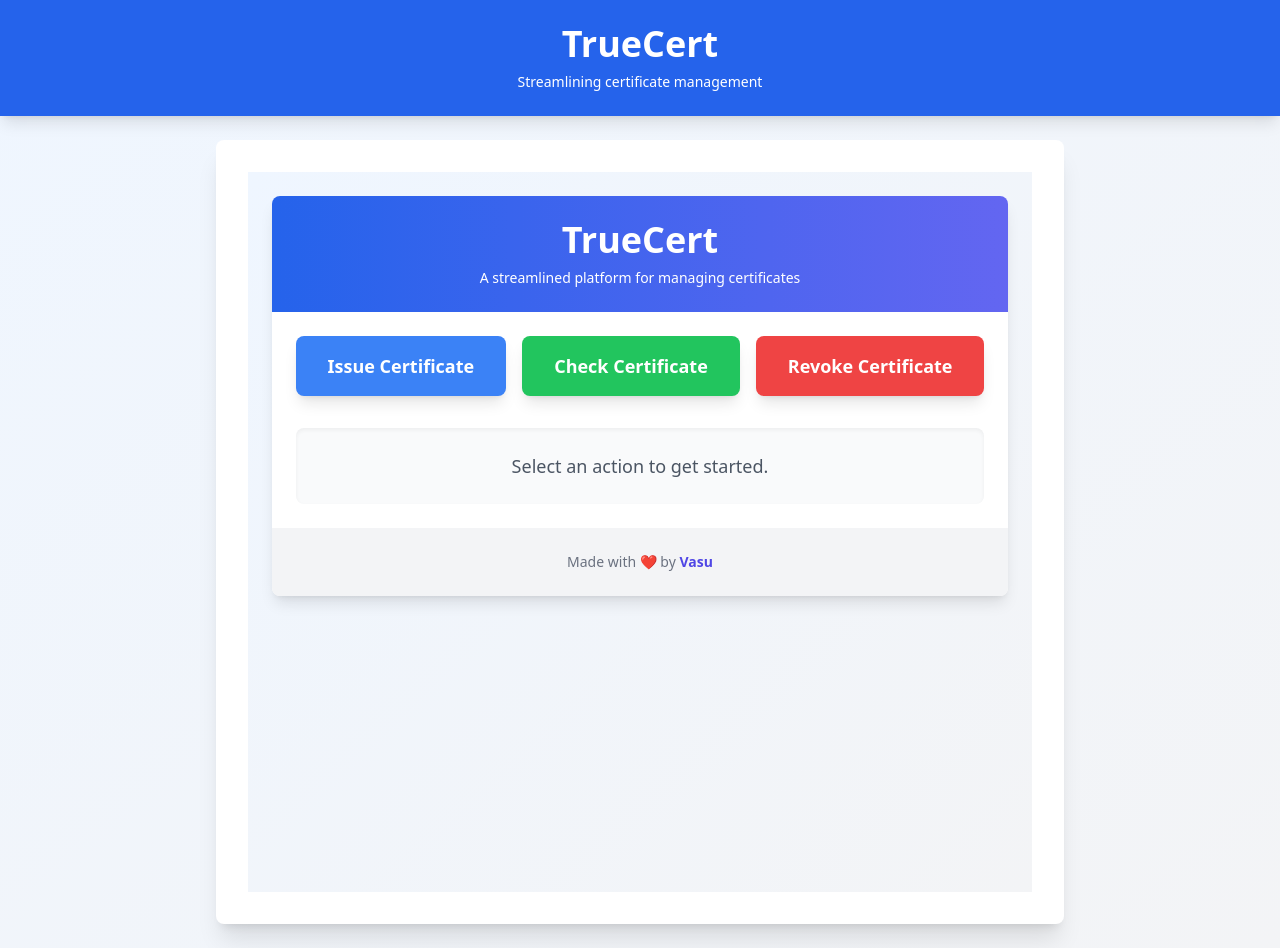
Repository: virtualvasu/TrueCert
Page: / (app in client/), after clicking the first element matching `button.px-6`
These files come from the project's save history. The page is drawn as it stood at one moment and after the next save; the edit follows.
The browser window is 1280 px wide. The pictures show the whole page.
The project was rebuilt for these pictures with package versions that can differ from the ones it lists, and the page was loaded fresh each time. Also part of the build but not shown: client/vite.config.js, client/src/components/organisation/actions/contractDetails.jsx, client/src/components/organisation/actions/CheckCertificate.jsx, client/src/components/organisation/actions/IssueCertificate.jsx, client/src/components/organisation/actions/RevokeCertificate.jsx.

Above is the page before, as saved 2025-01-08 03:07:35.

### client/index.html
<!doctype html>
<html lang="en">
  <head>
    <meta charset="UTF-8" />
    <link rel="icon" type="image/svg+xml" href="/vite.svg" />
    <meta name="viewport" content="width=device-width, initial-scale=1.0" />
    <title>TrueCert</title>
  </head>
  <body>
    <div id="root"></div>
    <script type="module" src="/src/main.jsx"></script>

  </body>
</html>

### client/src/App.jsx
import React, { useState } from 'react';
import OrgHome from './components/organisation/OrgHome';

function App() {
  const [showOrgHome, setShowOrgHome] = useState(false);
  const [showUserContent, setShowUserContent] = useState(false);

  return (
    <div className="bg-gradient-to-br from-blue-50 to-gray-100 min-h-screen">
      <header className="bg-blue-600 text-white p-6 shadow-lg">
        <h1 className="text-4xl font-extrabold text-center">TrueCert</h1>
        <p className="text-center text-sm mt-2">Streamlining certificate management</p>
      </header>
      <main className="flex justify-center items-center p-6">
        {!showOrgHome && !showUserContent ? (
          <div className="max-w-4xl mx-auto bg-white p-8 rounded-lg shadow-xl text-center">
            <h2 className="text-2xl font-semibold text-gray-800 mb-6">
              Welcome to TrueCert!
            </h2>
            <p className="text-gray-600 mb-6">
              TrueCert is a platform designed to simplify and streamline certificate management.
            </p>
            <div className="space-x-4">
              <button
                onClick={() => setShowOrgHome(true)}
                className="px-6 py-3 font-medium text-white bg-blue-600 rounded-lg shadow-md hover:bg-blue-700 transition-all duration-300 mb-4 md:mb-0"
              >
                Organisation
              </button>
              <button
                onClick={() => setShowUserContent(true)}
                className="px-6 py-3 font-medium text-white bg-green-600 rounded-lg shadow-md hover:bg-green-700 transition-all duration-300"
              >
                User
              </button>
            </div>
          </div>
        ) : showOrgHome ? (
          <div className="max-w-4xl mx-auto bg-white p-8 rounded-lg shadow-xl">
            <OrgHome />
          </div>
        ) : (
          <div className="max-w-4xl mx-auto bg-white p-8 rounded-lg shadow-xl text-center">
            <h2 className="text-2xl font-semibold text-gray-800 mb-4">
              User Content
            </h2>
            <p className="text-gray-600">
              This is some sample content for the user. You can implement further functionality here.
            </p>
          </div>
        )}
      </main>
    </div>
  );
}

export default App;

### client/src/components/organisation/OrgHome.jsx
import React, { useState } from 'react';
import IssueCertificate from './actions/CheckCertificate';
import CheckCertificate from './actions/IssueCertificate';
import RevokeCertificate from './actions/RevokeCertificate';

function OrgHome() {
  const [activeComponent, setActiveComponent] = useState(null);

  return (
    <div className="p-6 bg-gradient-to-br from-blue-50 to-gray-100 min-h-screen">
      <div className="max-w-4xl mx-auto shadow-lg bg-white rounded-lg overflow-hidden">
        <header className="bg-gradient-to-r from-blue-600 to-indigo-500 p-6">
          <h1 className="text-4xl font-extrabold text-center text-white mb-2">TrueCert</h1>
          <p className="text-center text-white text-sm">A streamlined platform for managing certificates</p>
        </header>
        <main className="p-6">
          <div className="flex justify-center space-x-4 mb-8">
            <button
              onClick={() => setActiveComponent('IssueCertificate')}
              className={`px-8 py-4 text-lg font-semibold text-white rounded-lg shadow-lg transition-all duration-300 ${
                activeComponent === 'IssueCertificate'
                  ? 'bg-blue-700 transform scale-105'
                  : 'bg-blue-500 hover:bg-blue-600'
              }`}
            >
              Issue Certificate
            </button>
            <button
              onClick={() => setActiveComponent('CheckCertificate')}
              className={`px-8 py-4 text-lg font-semibold text-white rounded-lg shadow-lg transition-all duration-300 ${
                activeComponent === 'CheckCertificate'
                  ? 'bg-green-700 transform scale-105'
                  : 'bg-green-500 hover:bg-green-600'
              }`}
            >
              Check Certificate
            </button>
            <button
              onClick={() => setActiveComponent('RevokeCertificate')}
              className={`px-8 py-4 text-lg font-semibold text-white rounded-lg shadow-lg transition-all duration-300 ${
                activeComponent === 'RevokeCertificate'
                  ? 'bg-red-700 transform scale-105'
                  : 'bg-red-500 hover:bg-red-600'
              }`}
            >
              Revoke Certificate
            </button>
          </div>
          <div className="bg-gray-50 p-6 rounded-lg shadow-inner">
            {activeComponent === 'IssueCertificate' && (
              <div>
                <h2 className="text-3xl font-semibold mb-6 text-gray-800">Issue Certificate</h2>
                <IssueCertificate />
              </div>
            )}
            {activeComponent === 'CheckCertificate' && (
              <div>
                <h2 className="text-3xl font-semibold mb-6 text-gray-800">Check Certificate</h2>
                <CheckCertificate />
              </div>
            )}
            {activeComponent === 'RevokeCertificate' && (
              <div>
                <h2 className="text-3xl font-semibold mb-6 text-gray-800">Revoke Certificate</h2>
                <RevokeCertificate />
              </div>
            )}
            {!activeComponent && (
              <p className="text-center text-lg text-gray-600">
                Select an action to get started.
              </p>
            )}
          </div>
        </main>
        <footer className="bg-gray-100 p-6 text-center">
          <p className="text-gray-500 text-sm">
            Made with ❤️ by <span className="font-bold text-indigo-600">{'Vasu'}</span>
          </p>
        </footer>
      </div>
    </div>
  );
}

export default OrgHome;

Loaded but not shown: client/src/main.jsx (common file); client/src/index.css (common file); client/tailwind.config.js (common file)

After the next save:
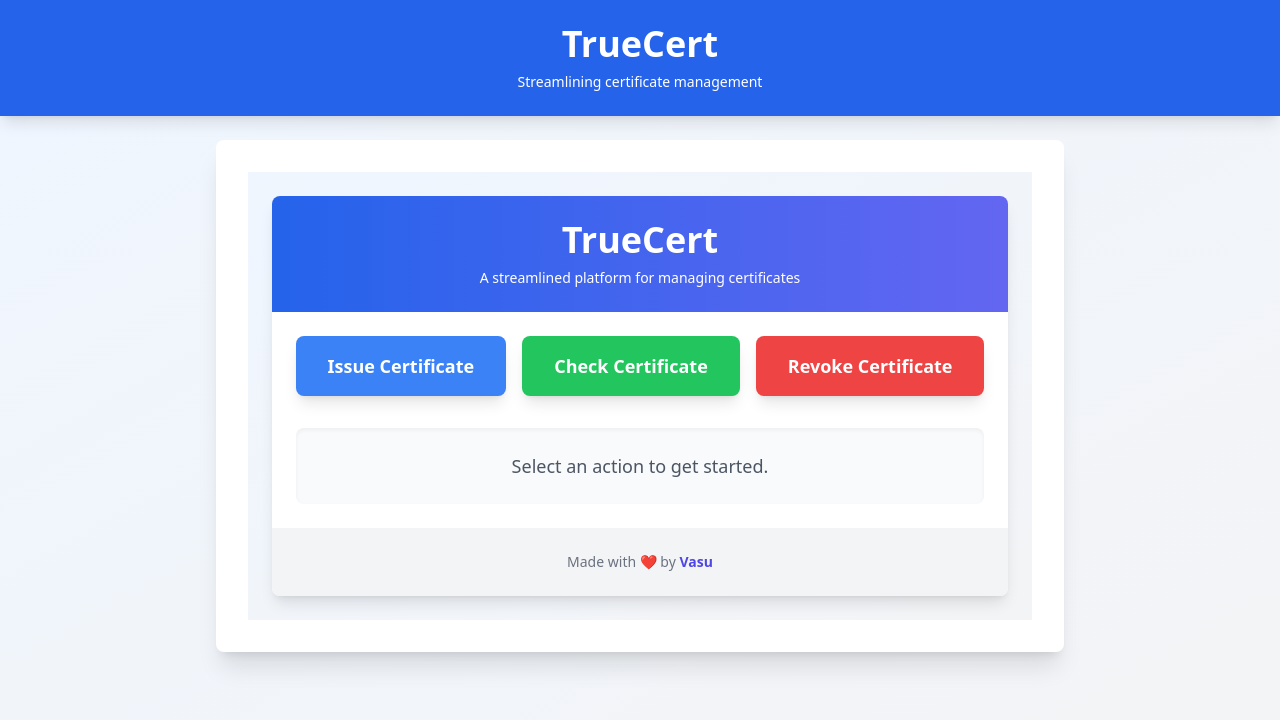
Saved 37 s later.
--- a/client/src/components/organisation/OrgHome.jsx
+++ b/client/src/components/organisation/OrgHome.jsx
@@ -7,7 +7,7 @@ function OrgHome() {
   const [activeComponent, setActiveComponent] = useState(null);
 
   return (
-    <div className="p-6 bg-gradient-to-br from-blue-50 to-gray-100 min-h-screen">
+    <div className="p-6 bg-gradient-to-br from-blue-50 to-gray-100 ">
       <div className="max-w-4xl mx-auto shadow-lg bg-white rounded-lg overflow-hidden">
         <header className="bg-gradient-to-r from-blue-600 to-indigo-500 p-6">
           <h1 className="text-4xl font-extrabold text-center text-white mb-2">TrueCert</h1>
